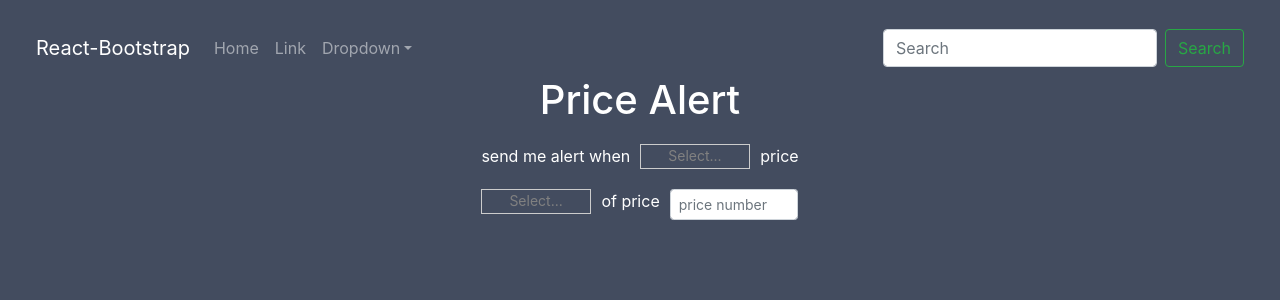
Repository: flychicken123/PriceAlertFront
Page: /
The author's editor kept a copy of each file at every save. The page is drawn from the files as they stood at one save, then again after the next save.
The browser window is 1280 px wide. The pictures show the whole page.
The page's requests for data from a server got no answer. The project was rebuilt for these pictures with package versions that can differ from the ones it lists, and the page was loaded fresh each time. No one was signed in, and anything a server would have sent is missing. Also part of the build but not shown: src/App.css.

Above is the page before, as saved 2021-03-07 13:37:46.

### public/index.html
<!DOCTYPE html>
<html lang="en">
  <head>
    <meta charset="utf-8" />
    <link rel="icon" href="%PUBLIC_URL%/favicon.ico" />
    <meta name="viewport" content="width=device-width, initial-scale=1" />
    <meta name="theme-color" content="#000000" />
    <meta
      name="description"
      content="Web site created using create-react-app"
    />
    <link rel="apple-touch-icon" href="%PUBLIC_URL%/logo192.png" />
    <!--
      manifest.json provides metadata used when your web app is installed on a
      user's mobile device or desktop. See https://developers.google.com/web/fundamentals/web-app-manifest/
    -->
    <link rel="manifest" href="%PUBLIC_URL%/manifest.json" />
    <link
  rel="stylesheet"
  href="https://cdn.jsdelivr.net/npm/bootstrap@4.6.0/dist/css/bootstrap.min.css"
  integrity="sha384-B0vP5xmATw1+K9KRQjQERJvTumQW0nPEzvF6L/Z6nronJ3oUOFUFpCjEUQouq2+l"
  crossorigin="anonymous"
/>
<link rel="stylesheet" href="https://fonts.googleapis.com/css?family=Roboto:300,400,500,700&display=swap" />

    <!--
      Notice the use of %PUBLIC_URL% in the tags above.
      It will be replaced with the URL of the `public` folder during the build.
      Only files inside the `public` folder can be referenced from the HTML.

      Unlike "/favicon.ico" or "favicon.ico", "%PUBLIC_URL%/favicon.ico" will
      work correctly both with client-side routing and a non-root public URL.
      Learn how to configure a non-root public URL by running `npm run build`.
    -->
    <title>React App</title>
  </head>
  <body>
    <noscript>You need to enable JavaScript to run this app.</noscript>
    <div id="root"></div>
    <!--
      This HTML file is a template.
      If you open it directly in the browser, you will see an empty page.

      You can add webfonts, meta tags, or analytics to this file.
      The build step will place the bundled scripts into the <body> tag.

      To begin the development, run `npm start` or `yarn start`.
      To create a production bundle, use `npm run build` or `yarn build`.
    -->
  </body>
</html>

### src/App.js
import logo from './logo.svg';
import './App.css';
import { BrowserRouter as Router, Switch, Route } from 'react-router-dom';
import TopNavbar from './components/TopNavbar';
import Home from './components/Home.jsx';
const App = () => {
  return (
    <Router>
      <TopNavbar />
      <Switch>
        <Route path='/' component={Home} />
      </Switch>
    </Router>
  )
}

export default App;

### src/components/TopNavbar.jsx
import React, { Component } from 'react';
import { Button, Navbar, Nav, NavDropdown, Form, FormControl } from "react-bootstrap";
const TopNavbar = () => {
    return (
        <div>
            <Navbar bg="#282c34" variant="dark" expand="lg">
                <Navbar.Brand href="#home">React-Bootstrap</Navbar.Brand>
                <Navbar.Toggle aria-controls="basic-navbar-nav" />
                <Navbar.Collapse id="basic-navbar-nav">
                    <Nav className="mr-auto">
                        <Nav.Link href="#home">Home</Nav.Link>
                        <Nav.Link href="#link">Link</Nav.Link>
                        <NavDropdown title="Dropdown" id="basic-nav-dropdown">
                            <NavDropdown.Item href="#action/3.1">Action</NavDropdown.Item>
                            <NavDropdown.Item href="#action/3.2">Another action</NavDropdown.Item>
                            <NavDropdown.Item href="#action/3.3">Something</NavDropdown.Item>
                            <NavDropdown.Divider />
                            <NavDropdown.Item href="#action/3.4">Separated link</NavDropdown.Item>
                        </NavDropdown>
                    </Nav>
                    <Form inline>
                        <FormControl type="text" placeholder="Search" className="mr-sm-2" />
                        <Button variant="outline-success">Search</Button>
                    </Form>
                </Navbar.Collapse>
            </Navbar>
        </div>
    )
};
export default TopNavbar

### src/components/Home.jsx
import React, { useState, Component, Select, useEffect, useCallback } from 'react';
import AsyncSelect from 'react-select/async';
import { Form, Container, Col } from 'react-bootstrap';
import { Helmet } from 'react-helmet';
import '../css/Home.css';
export default function Home(props) {

    const [coinTypes, setCoinTypes] = useState([]);
    const [selectedOption, setSelectedOption] = useState(props ? props.match?.params?.template_id : null);
    const customStyles = {
        control: base => ({
            ...base,
            height: 30,
            minHeight: 20,
            maxHeight: 25,
            width: 110,
            textAlign: "50",
            fontSize: 14,
        }),
        dropdownIndicator: base => ({
            ...base,
            display: "none"
        }),
        indicatorSeparator: base => ({
            ...base,
            display: "none"
        }),
        valueContainer: base => ({
            ...base,
            bottom: 7,
            paddingLeft: 25,
        })
    };

    // const coinOptions = (f) => {
    //     return [{ name: "- select -", id: "" }, ...coinTypes].map((coinType) => {
    //         return {
    //             label: coinType.name,
    //             value: coinType.id
    //         }
    //     })
    // };
    const handleCoinChange = useCallback((coin_id) => {
        setSelectedOption(coin_id);
        console.log(coin_id.name);
    }, []);
    const fetchCoinList = () => {
        return fetch(`https://6043fea2a20ace001728e9b7.mockapi.io/api/v1/coinlist/coinlist`).then(res => res.json());
    }


    return (

        < div className='mainControl' >
            <Helmet>
                <style>{'body { background-color: #434c5f;text-align: center; padding: 20px;color: white; }'}</style>
            </Helmet>
            <Container fluid="md">

                <div style={{ display: 'flex', justifyContent: 'center', height: '50vh', backgroundColor: '#434c5f', width: '200' }}>

                    <Form>
                        <h1>Price Alert</h1>

                        <Form.Row className="row-space">

                            <Col lg="auto" >send me alert when</Col>
                            <Col md="auto">
                                <AsyncSelect
                                    cacheOptions
                                    defaultOptions
                                    onChange={handleCoinChange}
                                    value={selectedOption}
                                    loadOptions={fetchCoinList}
                                    getOptionValue={option => option.id}
                                    getOptionLabel={option => option.name}
                                    styles={customStyles}
                                    theme={theme => ({
                                        ...theme,
                                        borderRadius: 0,
                                        colors: {
                                            ...theme.colors,
                                            primary25: '#191f2b',
                                            primary: '#515c73f',
                                            neutral0: '434c5f',
                                            neutral80: 'white'

                                        },
                                    })}
                                />
                            </Col>
                            <Col xs="auto">price</Col>

                        </Form.Row>

                        <Form.Row className="row-space">
                            <Col xs="auto">
                                <AsyncSelect
                                    cacheOptions
                                    defaultOptions
                                    onChange={handleCoinChange}
                                    value={selectedOption}
                                    loadOptions={fetchCoinList}
                                    getOptionValue={option => option.id}
                                    getOptionLabel={option => option.name}
                                    styles={customStyles}
                                    theme={theme => ({
                                        ...theme,
                                        borderRadius: 0,
                                        colors: {
                                            ...theme.colors,
                                            primary25: '#191f2b',
                                            primary: '#515c73f',
                                            neutral0: '434c5f',
                                            neutral80: 'white'

                                        },
                                    })}
                                />

                            </Col>
                            <Col xs="auto">of price</Col>
                            <Col xs="auto"> <Form.Control className="smaller-input" htmlSize="8" size="sm" type="text" placeholder="price number" /></Col>
                        </Form.Row>
                    </Form>

                </div>
            </Container>
        </div >
    )
}

### src/css/Home.css
/* body {
    background-color: #282c34;
    color: white;
    padding: 40px;
    font-family: Arial;
    text-align: center;
  } */
  .smaller-input {
    font-size: 5px;
    padding: 2px 5px;
  }
  .row-space{
    margin: 20px;
  }

Loaded but not shown: src/index.js (common file); src/index.css (common file); src/reportWebVitals.js (common file)

After the next save:
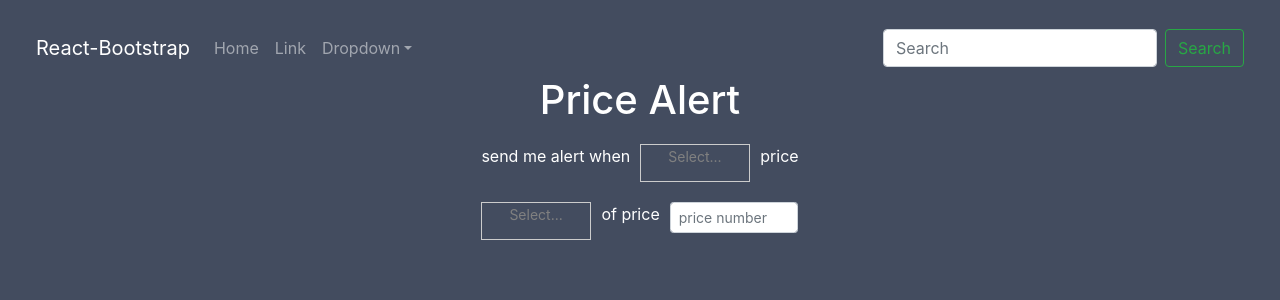
Saved 6 s later.
--- a/src/components/Home.jsx
+++ b/src/components/Home.jsx
@@ -11,8 +11,8 @@
         control: base => ({
             ...base,
             height: 30,
-            minHeight: 20,
-            maxHeight: 25,
+            // minHeight: 20,
+            // maxHeight: 25,
             width: 110,
             textAlign: "50",
             fontSize: 14,

After the 3 saves that followed:
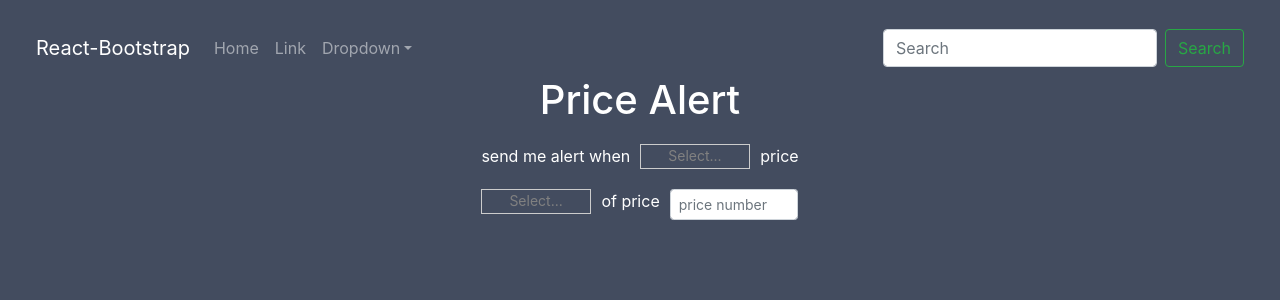
The 3 saves are shown as one change because 2 left the picture as it was.
The last was saved 21 s later.
--- a/src/components/Home.jsx
+++ b/src/components/Home.jsx
@@ -11,8 +11,8 @@
         control: base => ({
             ...base,
             height: 30,
-            // minHeight: 20,
-            // maxHeight: 25,
+            minHeight: 20,
+            maxHeight: 25,
             width: 110,
             textAlign: "50",
             fontSize: 14,
